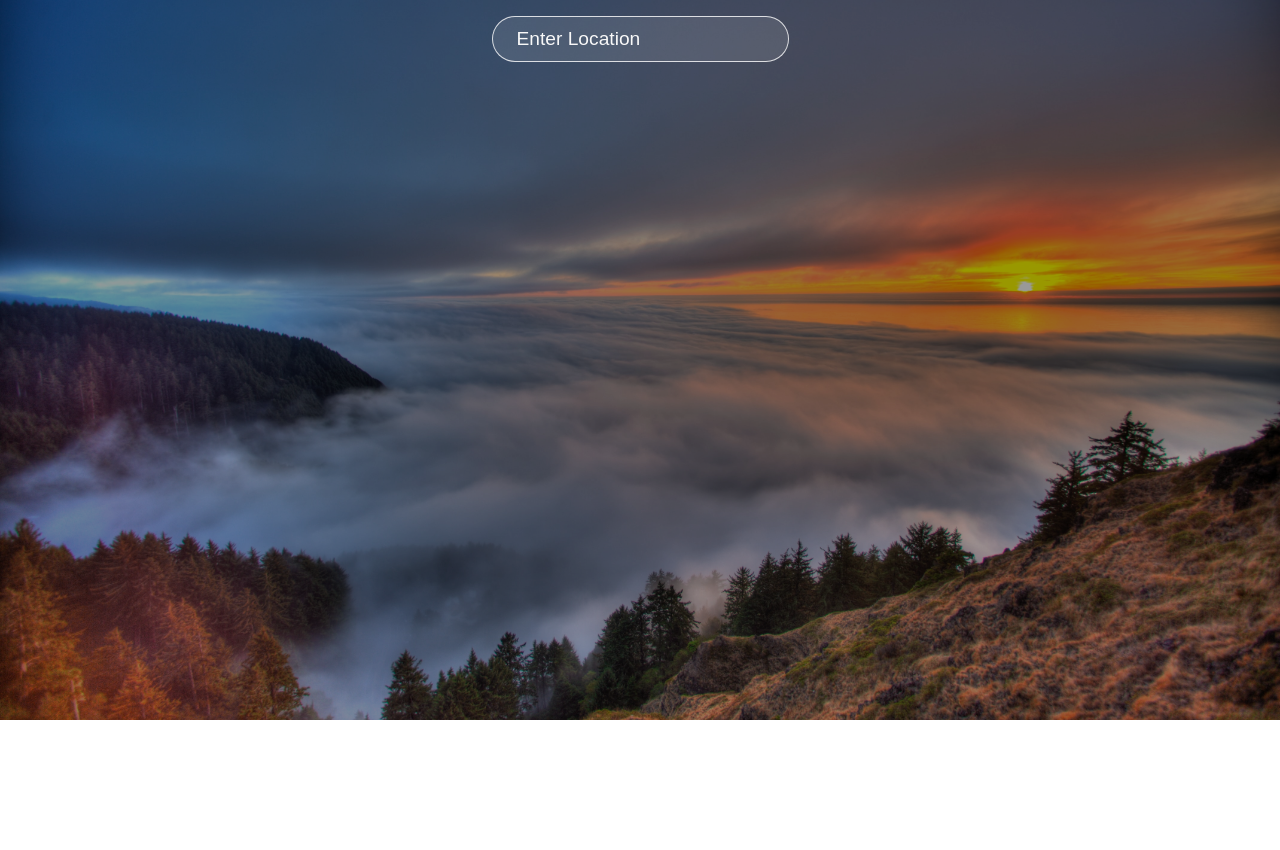
Repository: stavan30/weather-react
Page: /
The author's editor kept a copy of each file at every save. The page is drawn from the files as they stood at one save, then again after the next save.
The browser window is 1280 px wide. The pictures show the whole page.
The project was rebuilt for these pictures with package versions that can differ from the ones it lists, and the page was loaded fresh each time.

Above is the page before, as saved 2024-02-06 00:52:09.

After the next save:
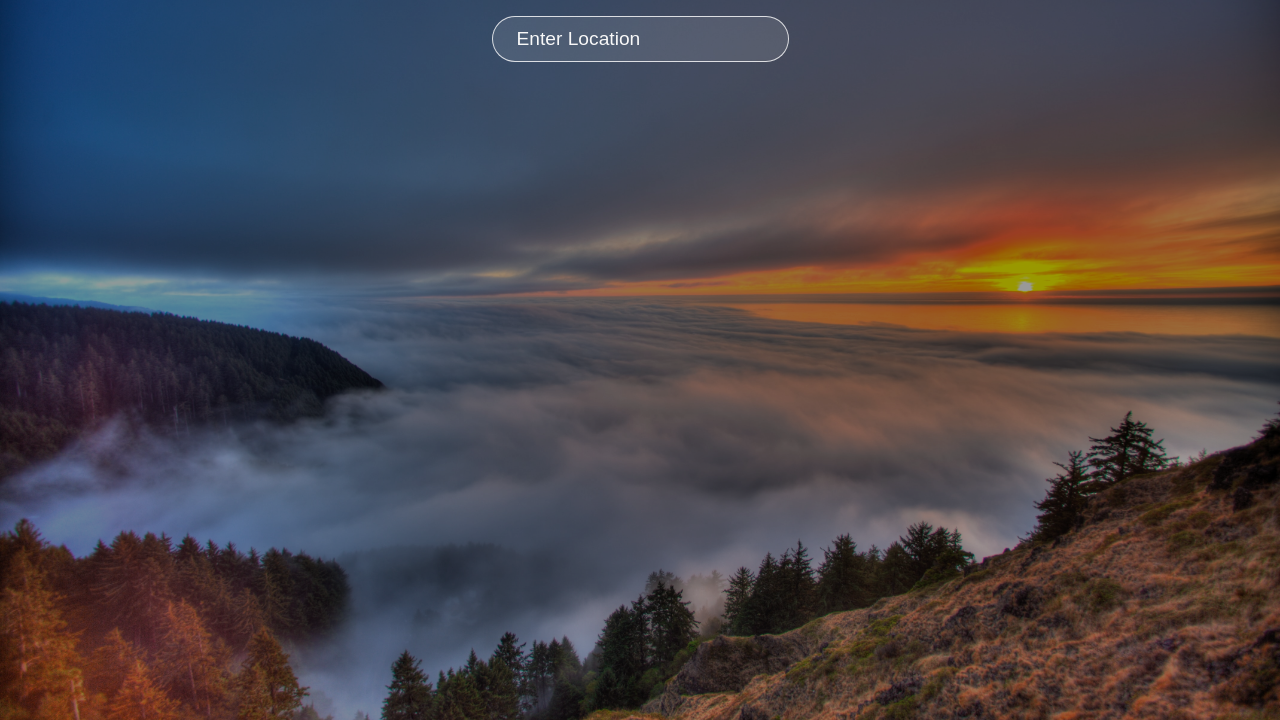
Saved 6 min 32 s later.
--- a/src/index.css
+++ b/src/index.css
@@ -61,7 +61,7 @@ h1 {
 
 .container {
   max-width: 700px;
-  height: 700px;
+  height: auto;
   margin: auto;
   padding: 0 1rem;
   position: relative;
